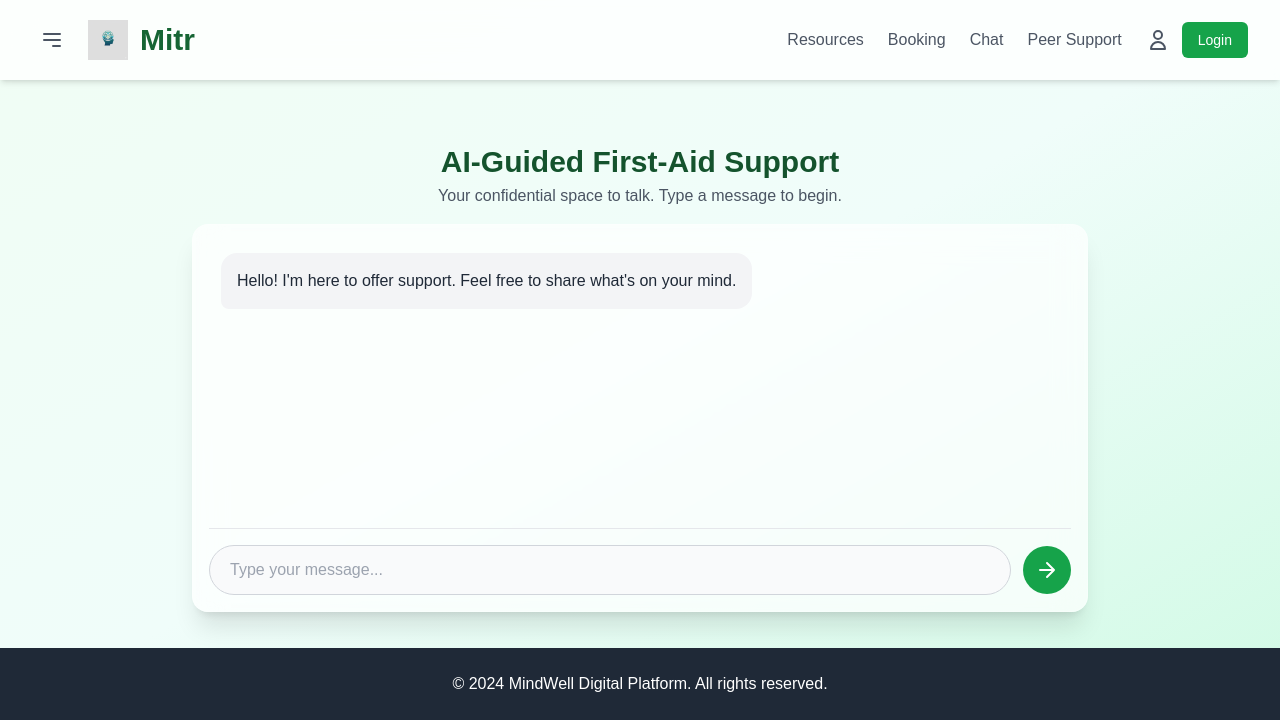
Repository: alokse24b01025/mentalhealth-project-sih-
Page: /chat (app in p1/)
An editor plug-in stored every save of this project. The page is shown before and after the next save, followed by the edit.
The browser window is 1280 px wide. The pictures show the whole page.
The project was rebuilt for these pictures with package versions that can differ from the ones it lists, and the page was loaded fresh each time. Also part of the build but not shown: p1/vite.config.js, p1/src/pages/HomePage.jsx, p1/src/components/ResourceCard.jsx, p1/src/data/mockResources.js, p1/src/pages/ResourcesPage.jsx, p1/src/data/mockCounselors.js, p1/src/pages/BookingPage.jsx, p1/src/components/PeerSupport.jsx and 3 more.

Above is the page before, as saved 2025-09-10 12:52:46.

### p1/index.html
<!doctype html>
<html lang="en">
  <head>
    <meta charset="UTF-8" />
    <link rel="icon" type="image/svg+xml" href="/logo.png" />
    <meta name="viewport" content="width=device-width, initial-scale=1.0" />
    <title>Mitr</title>
  </head>
  <body>
    <div id="root"></div>
    <script type="module" src="/src/main.jsx"></script>
  </body>
</html>

### p1/src/App.jsx
import React from 'react';
import { BrowserRouter as Router, Routes, Route } from 'react-router-dom';
import { AuthProvider } from './AuthContext'; // Import the provider

// Import your pages
import HomePage from './pages/HomePage';
import ChatPage from './pages/ChatPage';
import ResourcesPage from './pages/ResourcesPage';
import BookingPage from './pages/BookingPage';
import PeerSupportPage from './pages/PeerSupportPage';
import AdminDashboard from './pages/AdminDashboard';
import LoginPage from './pages/LoginPage'; // Import the new login page
import './index.css';

function App() {
  return (
    <AuthProvider> {/* Wrap everything in AuthProvider */}
      <Router>
        <Routes>
          <Route path="/" element={<HomePage />} />
          <Route path="/chat" element={<ChatPage />} />
          <Route path="/resources" element={<ResourcesPage />} />
          <Route path="/booking" element={<BookingPage />} />
          <Route path="/peer-support" element={<PeerSupportPage />} />
         <Route path="/admin" element={<AdminDashboard />} />
          <Route path="/login" element={<LoginPage />} /> {/* Add the login route */}
        </Routes>
      </Router>
    </AuthProvider>
  );
}

export default App;

### p1/src/index.css
@tailwind base;
@tailwind components;
@tailwind utilities;

body {
  font-family: Arial, sans-serif;
  -webkit-font-smoothing: antialiased;
  -moz-osx-font-smoothing: grayscale;
}

### p1/src/AuthContext.jsx
import React, { useContext, useState, useEffect } from 'react';
import { auth } from './firebase';
import {
  onAuthStateChanged,
  signOut,
  signInWithEmailAndPassword
} from "firebase/auth";

const AuthContext = React.createContext();

// This is the function that was likely missing the 'export' keyword
export function useAuth() {
  return useContext(AuthContext);
}

export function AuthProvider({ children }) {
  const [currentUser, setCurrentUser] = useState(null);
  const [loading, setLoading] = useState(true);

  function login(email, password) {
    return signInWithEmailAndPassword(auth, email, password);
  }

  function logout() {
    return signOut(auth);
  }

  useEffect(() => {
    const unsubscribe = onAuthStateChanged(auth, user => {
      setCurrentUser(user);
      setLoading(false);
    });

    return unsubscribe;
  }, []);

  const value = {
    currentUser,
    login,
    logout
  };

  return (
    <AuthContext.Provider value={value}>
      {!loading && children}
    </AuthContext.Provider>
  );
}

### p1/src/pages/ChatPage.jsx
import React from 'react';
import Header from '../components/Header';
import Footer from '../components/Footer';
import Chatbot from '../components/Chatbot';

const ChatPage = () => {
  return (
    // This creates a full-height, vertical layout for the entire page
    <div className="h-screen flex flex-col bg-gradient-to-br from-green-50 via-teal-50 to-emerald-100">
      <Header />

      {/* --- FIX APPLIED HERE: Added 'pt-36' to push content down --- */}
      {/* This main section will now align its content to the top, below the header */}
      <main className="flex-1 w-full flex flex-col items-center p-4 pt-36 overflow-hidden">

        {/* --- FIX APPLIED HERE: Replaced flex-1 with a smaller, fixed height --- */}
        {/* This container now has a smaller, defined height */}
        <div className="w-full max-w-4xl h-[65vh] flex flex-col">

          {/* The title is now guaranteed to be visible at the top of the content area */}
          <div className="text-center mb-4">
            <h2 className="text-3xl font-bold text-green-900">AI-Guided First-Aid Support</h2>
            <p className="mt-1 text-gray-600">Your confidential space to talk. Type a message to begin.</p>
          </div>

          {/* The Chatbot component will fill the remaining space below the title */}
          <Chatbot />

        </div>
      </main>

      <Footer />
    </div>
  );
};

export default ChatPage;

### p1/src/firebase.js
import { initializeApp } from "firebase/app";
import { getAuth } from "firebase/auth";

// IMPORTANT: Replace this with the firebaseConfig object you copied from the Firebase console
const firebaseConfig = {
  apiKey: "YOUR_API_KEY",
  authDomain: "YOUR_AUTH_DOMAIN",
  projectId: "YOUR_PROJECT_ID",
  storageBucket: "YOUR_STORAGE_BUCKET",
  messagingSenderId: "YOUR_MESSAGING_SENDER_ID",
  appId: "YOUR_APP_ID"
};

// Initialize Firebase
const app = initializeApp(firebaseConfig);

// Export the auth instance to be used in other parts of the app
export const auth = getAuth(app);

### p1/src/components/Header.jsx
import React, { useState, useRef, useEffect } from 'react';
import { Link, NavLink } from 'react-router-dom';
import logo from '../assets/logo.png';
import { useAuth } from '../AuthContext';

const Header = () => {
  const { currentUser, logout } = useAuth();
  const [isLoggingOut, setIsLoggingOut] = useState(false);
  const [isMenuOpen, setIsMenuOpen] = useState(false);
  const menuRef = useRef(null);

  // Effect to close the menu when clicking outside of it
  useEffect(() => {
    function handleClickOutside(event) {
      if (menuRef.current && !menuRef.current.contains(event.target)) {
        setIsMenuOpen(false);
      }
    }
    document.addEventListener("mousedown", handleClickOutside);
    return () => {
      document.removeEventListener("mousedown", handleClickOutside);
    };
  }, [menuRef]);

  const handleLogout = async () => {
    setIsLoggingOut(true);
    try {
      await logout();
      setIsMenuOpen(false);
    } catch (error) {
      console.error("Failed to log out:", error);
    } finally {
      setIsLoggingOut(false);
    }
  };

  const profileIcon = (
    <svg xmlns="http://www.w3.org/2000/svg" className="h-6 w-6" fill="none" viewBox="0 0 24" stroke="currentColor" strokeWidth={2}>
      <path strokeLinecap="round" strokeLinejoin="round" d="M16 7a4 4 0 11-8 0 4 4 0 018 0zM12 14a7 7 0 00-7 7h14a7 7 0 00-7-7z" />
    </svg>
  );

  const desktopLinkClass = "text-gray-600 hover:text-green-600 transition-colors";

  return (
    <header className="bg-white/80 backdrop-blur-lg shadow-md fixed top-0 w-full z-50">
      <div className="max-w-7xl mx-auto px-4 sm:px-6 lg:px-8">
        <div className="flex justify-between items-center h-20">

          {/* Left Side: Hamburger Menu, Logo, and Brand Name */}
          <div className="flex items-center gap-x-4">
            {/* Hamburger Button and Dropdown Menu (for future options) */}
            <div className="relative" ref={menuRef}>
              <button onClick={() => setIsMenuOpen(!isMenuOpen)} className="p-2 rounded-md text-gray-600 hover:bg-gray-100 focus:outline-none">
                <svg xmlns="http://www.w3.org/2000/svg" className="h-6 w-6" fill="none" viewBox="0 0 24 24" stroke="currentColor">
                  <path strokeLinecap="round" strokeLinejoin="round" strokeWidth={2} d="M4 6h16M4 12h16m-7 6h7" />
                </svg>
              </button>

              {/* Dropdown Menu Panel - Placeholder for now */}
              {isMenuOpen && (
                <div className="absolute top-14 left-0 w-64 bg-white/95 backdrop-blur-lg border border-gray-200 rounded-lg shadow-xl py-4 px-4">
                  <p className="text-center text-gray-500">More options will be added here soon.</p>
                </div>
              )}
            </div>

            {/* Logo and Brand */}
            <Link to="/" className="flex items-center gap-x-3">
              <img src={logo} alt="MindWell Logo" className="h-10 w-auto" />
              <span className="text-3xl font-bold text-green-800 hidden sm:block">Mitr</span>
            </Link>
          </div>

          {/* Right side: Nav Links and Auth Buttons */}
          <div className="flex items-center">
            {/* Desktop Navigation Links - hidden on small screens */}
            <nav className="hidden md:flex items-center space-x-6 mr-6">
              <NavLink to="/resources" className={desktopLinkClass}>Resources</NavLink>
              <NavLink to="/booking" className={desktopLinkClass}>Booking</NavLink>
              <NavLink to="/chat" className={desktopLinkClass}>Chat</NavLink>
              <NavLink to="/peer-support" className={desktopLinkClass}>Peer Support</NavLink>
            </nav>

            {/* Auth Buttons */}
            <div className="flex items-center space-x-3">
              {currentUser ? (
                <div className="flex items-center space-x-3">
                  <span className="text-gray-600">{profileIcon}</span>
                  <button onClick={handleLogout} disabled={isLoggingOut} className={`text-white px-4 py-2 text-sm rounded-md transition-colors ${isLoggingOut ? 'bg-red-300 cursor-not-allowed' : 'bg-red-500 hover:bg-red-600'}`}>
                    {isLoggingOut ? '...' : 'Logout'}
                  </button>
                </div>
              ) : (
                <div className="flex items-center space-x-3">
                  <Link to="/login" className="text-gray-600 hover:text-green-600">{profileIcon}</Link>
                  <Link to="/login" className="bg-green-600 text-white px-4 py-2 text-sm rounded-md hover:bg-green-700 transition-colors">Login</Link>
                </div>
              )}
            </div>
          </div>
        </div>
      </div>
    </header>
  );
};

export default Header;

### p1/src/components/Footer.jsx
import React from 'react';

const Footer = () => {
  return (
    <footer className="bg-gray-800 text-white p-6 text-center">
      <p>&copy; 2024 MindWell Digital Platform. All rights reserved.</p>
    </footer>
  );
};
export default Footer;

### p1/src/components/Chatbot.jsx
import React, { useState, useRef, useEffect } from 'react';

const Chatbot = () => {
  const [messages, setMessages] = useState([
    { text: "Hello! I'm here to offer support. Feel free to share what's on your mind.", sender: 'bot' }
  ]);
  const [input, setInput] = useState('');
  const [isLoading, setIsLoading] = useState(false);
  const messagesEndRef = useRef(null);

  const scrollToBottom = () => {
    messagesEndRef.current?.scrollIntoView({ behavior: "smooth" });
  };

  useEffect(scrollToBottom, [messages]);

  const handleSend = async () => {
    if (input.trim() === '') return;

    const userMessage = { text: input, sender: 'user' };
    setMessages(prev => [...prev, userMessage]);
    const currentInput = input;
    setInput('');
    setIsLoading(true);

    try {
      const response = await fetch('http://localhost:5000/api/chat', {
        method: 'POST',
        headers: {
          'Content-Type': 'application/json',
        },
        body: JSON.stringify({ message: currentInput }),
      });

      if (!response.ok) {
        throw new Error(`HTTP error! status: ${response.status}`);
      }

      const data = await response.json();
      const botMessage = { text: data.reply, sender: 'bot' };
      setMessages(prev => [...prev, botMessage]);
    } catch (error) {
      console.error("Failed to fetch from AI:", error);
      setMessages(prev => [...prev, { text: "Sorry, I'm having trouble connecting right now. Please try again later.", sender: 'bot' }]);
    } finally {
      setIsLoading(false);
    }
  };

  return (
    // --- CHANGE IS HERE ---
    // This container now grows to fill the space from its parent
    <div className="flex-1 flex flex-col bg-white/70 backdrop-blur-lg border border-white/20 shadow-xl rounded-2xl p-4 min-h-0">

      {/* This message area is now the ONLY scrollable part */}
      <div className="flex-1 overflow-y-auto mb-4 p-3 space-y-4">
        {messages.map((msg, index) => (
          <div key={index} className={`flex items-end max-w-[85%] ${msg.sender === 'user' ? 'self-end ml-auto' : 'self-start'}`}>
            <div className={`p-4 rounded-2xl ${
              msg.sender === 'user'
              ? 'bg-green-600 text-white rounded-br-lg'
              : 'bg-gray-100 text-gray-800 rounded-bl-lg'
            }`}>
              <p className="break-words">{msg.text}</p>
            </div>
          </div>
        ))}
        {isLoading && (
          <div className="flex items-end self-start">
            <div className="p-4 rounded-2xl max-w-[80%] bg-gray-100 text-gray-800 rounded-bl-lg">
              <p className="animate-pulse">AI is thinking...</p>
            </div>
          </div>
        )}
        <div ref={messagesEndRef} />
      </div>

      <div className="flex items-center border-t border-gray-200 pt-4">
        <input
          type="text"
          value={input}
          onChange={(e) => setInput(e.target.value)}
          onKeyPress={(e) => e.key === 'Enter' && !isLoading && handleSend()}
          className="flex-1 rounded-full px-5 py-3 border border-gray-300 focus:outline-none focus:ring-2 focus:ring-green-500 bg-gray-50"
          placeholder="Type your message..."
          disabled={isLoading}
        />
        <button
          onClick={handleSend}
          disabled={isLoading}
          className={`rounded-full p-3 ml-3 transition-colors ${
            isLoading
            ? 'bg-gray-300 cursor-not-allowed'
            : 'bg-green-600 text-white hover:bg-green-700'
          }`}
          aria-label="Send message"
        >
          <svg xmlns="http://www.w3.org/2000/svg" className="h-6 w-6" fill="none" viewBox="0 0 24 24" stroke="currentColor">
            <path strokeLinecap="round" strokeLinejoin="round" strokeWidth={2} d="M5 12h14M12 5l7 7-7 7" />
          </svg>
        </button>
      </div>
    </div>
  );
};

export default Chatbot;

Loaded but not shown: p1/src/main.jsx (common file); p1/tailwind.config.js (common file)

After the next save:
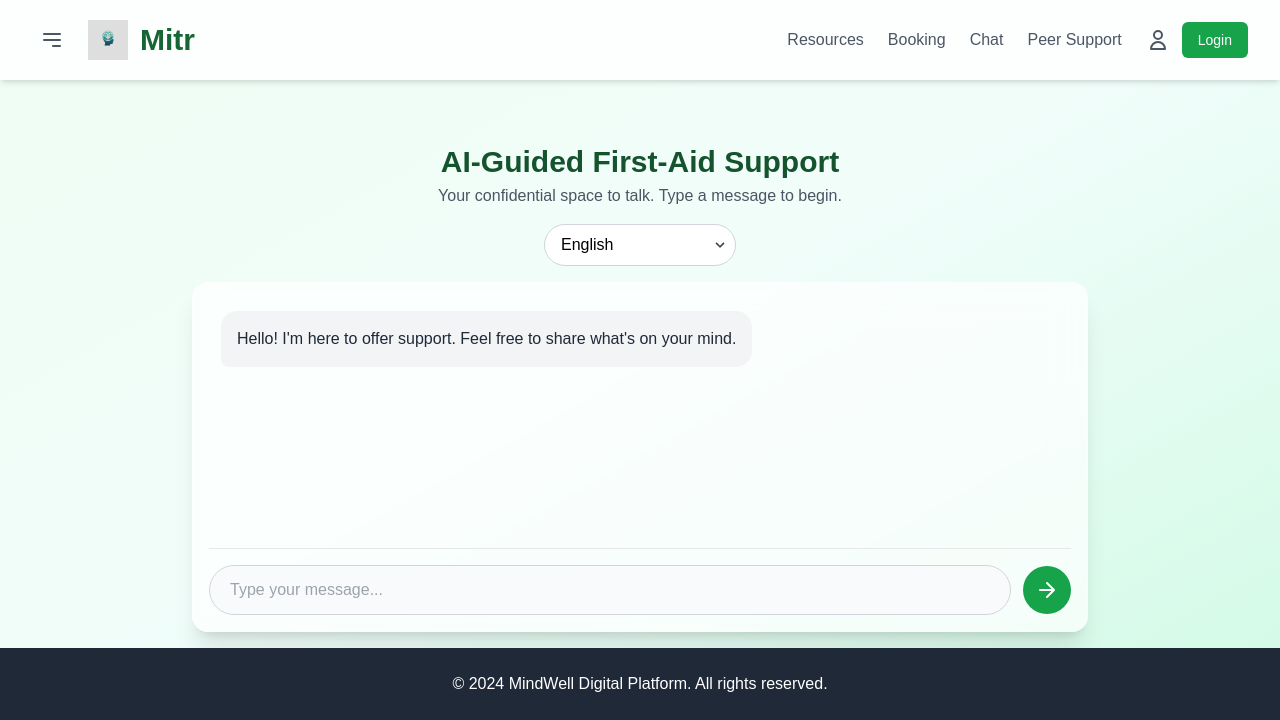
Saved 15 min 34 s later.
--- a/p1/src/pages/ChatPage.jsx
+++ b/p1/src/pages/ChatPage.jsx
@@ -1,30 +1,47 @@
-import React from 'react';
+import React, { useState } from 'react';
 import Header from '../components/Header';
 import Footer from '../components/Footer';
 import Chatbot from '../components/Chatbot';
 
 const ChatPage = () => {
+  // State to manage the selected language
+  const [language, setLanguage] = useState('English');
+
   return (
-    // This creates a full-height, vertical layout for the entire page
     <div className="h-screen flex flex-col bg-gradient-to-br from-green-50 via-teal-50 to-emerald-100">
       <Header />
 
-      {/* --- FIX APPLIED HERE: Added 'pt-36' to push content down --- */}
-      {/* This main section will now align its content to the top, below the header */}
       <main className="flex-1 w-full flex flex-col items-center p-4 pt-36 overflow-hidden">
 
-        {/* --- FIX APPLIED HERE: Replaced flex-1 with a smaller, fixed height --- */}
-        {/* This container now has a smaller, defined height */}
-        <div className="w-full max-w-4xl h-[65vh] flex flex-col">
+        <div className="w-full max-w-4xl flex-1 flex flex-col min-h-0">
 
-          {/* The title is now guaranteed to be visible at the top of the content area */}
           <div className="text-center mb-4">
             <h2 className="text-3xl font-bold text-green-900">AI-Guided First-Aid Support</h2>
             <p className="mt-1 text-gray-600">Your confidential space to talk. Type a message to begin.</p>
           </div>
 
-          {/* The Chatbot component will fill the remaining space below the title */}
-          <Chatbot />
+          {/* Language Selection Dropdown */}
+          <div className="flex justify-center mb-4">
+            <div className="relative">
+              <select
+                value={language}
+                onChange={(e) => setLanguage(e.target.value)}
+                className="appearance-none w-48 bg-white border border-gray-300 rounded-full px-4 py-2 pr-8 focus:outline-none focus:ring-2 focus:ring-green-500"
+              >
+                <option value="English">English</option>
+                <option value="Hindi">हिंदी (Hindi)</option>
+                <option value="Tamil">தமிழ் (Tamil)</option>
+                <option value="Telugu">తెలుగు (Telugu)</option>
+                {/* Add other regional languages as needed */}
+              </select>
+              <div className="pointer-events-none absolute inset-y-0 right-0 flex items-center px-2 text-gray-700">
+                <svg className="fill-current h-4 w-4" xmlns="http://www.w3.org/2000/svg" viewBox="0 0 20 20"><path d="M9.293 12.95l.707.707L15.657 8l-1.414-1.414L10 10.828 5.757 6.586 4.343 8z"/></svg>
+              </div>
+            </div>
+          </div>
+
+          {/* Pass the selected language as a prop to the Chatbot */}
+          <Chatbot selectedLanguage={language} />
 
         </div>
       </main>
